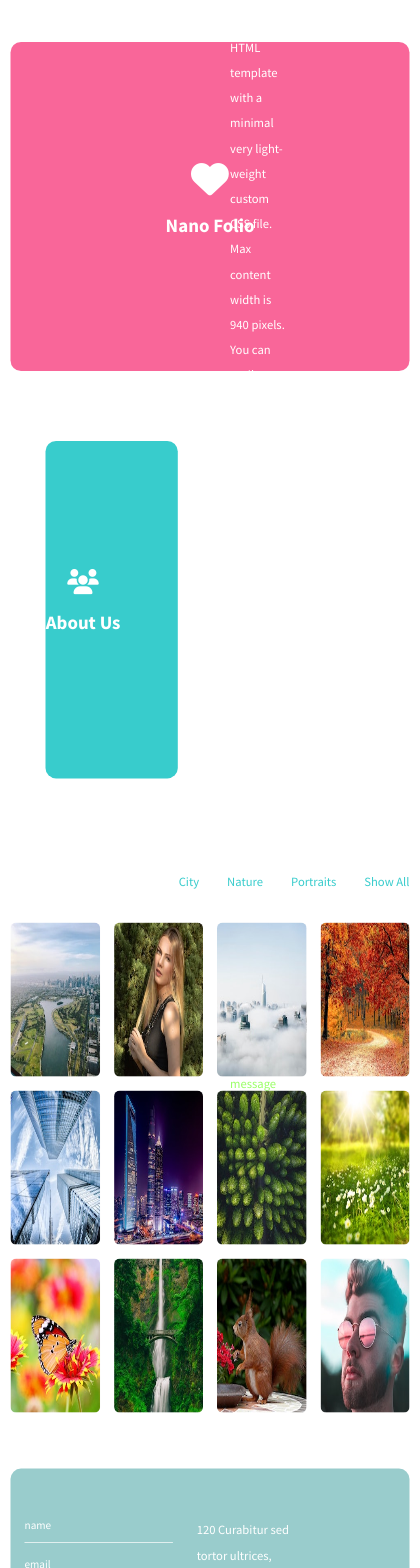
Repository: BuiVanVu102/Tooplate
Page: index.html
An editor plug-in stored every save of this project. The page is shown before and after the next save, followed by the edit.
The browser window is 600 px wide. The pictures show the part of the page from y = 0 to 2240 px (the page is 2682 px tall), at 70% of full size.
Some web libraries are served in a nearby version. The style sheet was rebuilt from its Sass, Less or Tailwind sources for each picture, by a compiler version that may differ from the author's.

Above is the page before, as saved 2021-11-17 09:33:11.

After the next save:
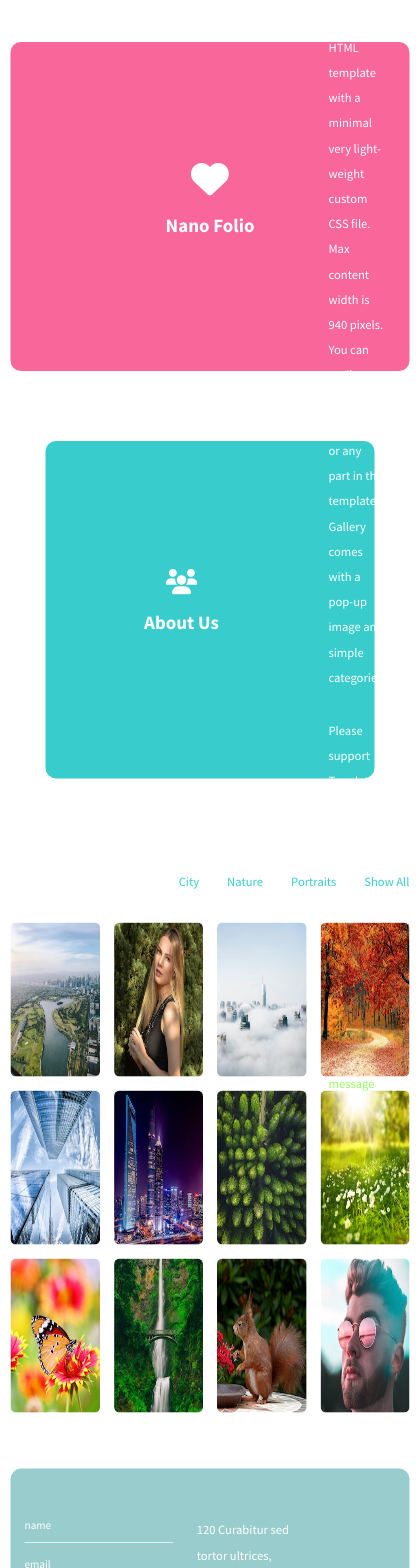
Saved 16 s later.
--- a/sass/_about.scss
+++ b/sass/_about.scss
@@ -63,7 +63,7 @@ p {
 @media screen and (max-width: 767px) {
 	.about {
 		padding: 50px;
-		max-width: 319px;
+		min-width: 319px;
 		&__typogarphy {
 
 		}
